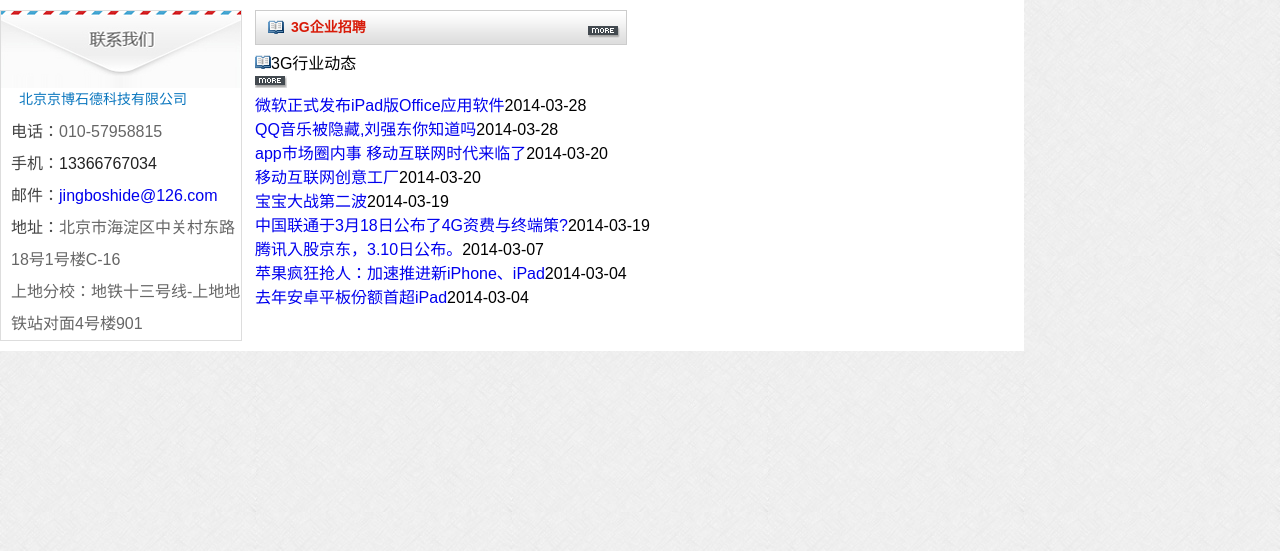
Repository: wzhcxw/shop
Page: ShopOnline/WebContent/about.html
An editor plug-in stored every save of this project. The page is shown before and after the next save, followed by the edit.
The browser window is 1280 px wide. The pictures show the whole page.

Above is the page before, as saved 2014-10-03 04:08:54.

### ShopOnline/WebContent/about.html
<!DOCTYPE HTML>
<html>
<head>
<title>公司简介</title>
<meta http-equiv="Content-Type" content="text/html; charset=utf-8" />
<meta name="viewport"
	content="width=device-width, initial-scale=1, maximum-scale=1">
<link href="./css/style.css" rel="stylesheet" type="text/css"
	media="all" />
<link href="./css/slider.css" rel="stylesheet" type="text/css"
	media="all" />
<link href="./css/menu.css" rel="stylesheet" type="text/css" media="all" />
<script type="text/javascript" src="./js/jquery-1.7.2.min.js"></script>
<script type="text/javascript" src="./js/script.js"></script>
<script type="text/javascript" src="./js/nav.js"></script>
<script type="text/javascript" src="./js/move-top.js"></script>
<script type="text/javascript" src="./js/easing.js"></script>
<script type="text/javascript" src="./js/nav-hover.js"></script>
</head>
<body>

	<div class="main" >
		<div class="content">
		  <div class = "section group">
				<div class="left_frame">
	    			 <div class="a_4"> <img src="./static/images/lxwm.jpg" width= "240px" height="77" />
					     <span style="font-size: 14px;">北京京博石德科技有限公司</span>
							<p>
							<font color="#444444">电话：</font>010-57958815<br />
							<font color="#444444">手机：</font><font color="#222222">13366767034</font><br />
							<font color="#444444">邮件：</font><a href="mailto:jingboshide@126.com">jingboshide@126.com</a><br />
							<font color="#444444">地址：</font>北京市海淀区中关村东路18号1号楼C-16<br />
							上地分校：地铁十三号线-上地地铁站对面4号楼901</p>
				      </div>
				</div>



				<div class="right_frame">
									     <div class="b1" >
				        <dl class="b11">
				          <dt><img src="/static/images/s1.jpg" width="16" height="14" />3G企业招聘</dt>
				          <dd><a href="/?c=news&catid=26"><img src="./static/images/more.jpg" width="32" height="12" /></a></dd>
				        </dl>

				      </div>
				      <div class="b9" style=" display:inline;">
				        <dl class="b99">
				          <dt><img src="/static/images/s1.jpg" width="16" height="14" />3G行业动态</dt>
				          <dd><a href="/?c=news&catid=21"><img src="./static/images/more.jpg" width="32" height="12" /></a></dd>
				        </dl>
				        <ul>
				        	          <li><a href="/?c=news&m=view&id=203">微软正式发布iPad版Office应用软件</a><span>2014-03-28</span></li>
				                    <li><a href="/?c=news&m=view&id=202">QQ音乐被隐藏,刘强东你知道吗</a><span>2014-03-28</span></li>
				                    <li><a href="/?c=news&m=view&id=199">app市场圈内事 移动互联网时代来临了</a><span>2014-03-20</span></li>
				                    <li><a href="/?c=news&m=view&id=198">移动互联网创意工厂</a><span>2014-03-20</span></li>
				                    <li><a href="/?c=news&m=view&id=197">宝宝大战第二波</a><span>2014-03-19</span></li>
				                    <li><a href="/?c=news&m=view&id=196">中国联通于3月18日公布了4G资费与终端策?</a><span>2014-03-19</span></li>
				                    <li><a href="/?c=news&m=view&id=195">腾讯入股京东，3.10日公布。</a><span>2014-03-07</span></li>
				                    <li><a href="/?c=news&m=view&id=194">苹果疯狂抢人：加速推进新iPhone、iPad</a><span>2014-03-04</span></li>
				                    <li><a href="/?c=news&m=view&id=193">去年安卓平板份额首超iPad</a><span>2014-03-04</span></li>
				                  </ul>
				      </div>



				</div>




			</div>
		</div>
	</div>

</body>
</html>

### ShopOnline/WebContent/css/slider.css
*{
	margin:0;
	padding:0;
}
#slideshow{
	height:355px;
	position:relative;
	width:100%;
	z-index:1;
}
#slideshow ul{
	height:342px;
	left:0px;
	list-style:none outside none;
	overflow:hidden;
	position:absolute;
	top:10px;
	width:100%;
}
#slideshow li{
	position:absolute;
	display:none;
	z-index:10;
}
#slideshow li:first-child{
	display:block;
	z-index:1000;
}
#slideshow .slideActive{
	z-index:1000;
}
#slideshow canvas{
	display:none;
	position:absolute;
	z-index:100;
}
#slideshow .arrow{
	height:50px;
	width:33px;
	position:absolute;
	background:url(../images/arrows.png) no-repeat;
	top:50%;
	margin-top:-10px;
	cursor:pointer;
	z-index:5000;
}
#slideshow .previous{ background-position:left top;left:0px;}
#slideshow .previous:hover{ background-position:left bottom;}

#slideshow .next{ background-position:right top;right:0px;}
#slideshow .next:hover{ background-position:right bottom;}

### ShopOnline/WebContent/css/menu.css
/* dCodes Framework:(c) TemplateAccess */
ul.dc_mm-orange, ul.dc_mm-orange li {
	border: none;
	list-style: none;
}

ul.dc_mm-orange {
	background: #414045;
	background: -moz-linear-gradient(top, #414045 55%, #2f2e33 100%);
	background: -webkit-gradient(linear, left top, left bottom, color-stop(55%, #414045),
		color-stop(100%, #2f2e33));
	background: -webkit-linear-gradient(top, #414045 55%, #2f2e33 100%);
	background: -o-linear-gradient(top, #414045 55%, #2f2e33 100%);
	background: -ms-linear-gradient(top, #414045 55%, #2f2e33 100%);
	background: linear-gradient(to bottom, #414045 55%, #2f2e33 100%);
	filter: progid:DXImageTransform.Microsoft.gradient( startColorstr='#414045',
		endColorstr='#2f2e33', GradientType=0);
	font: normal 13px Arial, sans-serif;
	padding: 0;
	position: relative;
	width: 1024px;
}

ul.dc_mm-orange li ul {
	display: none;
}

ul.dc_mm-orange .sub {
	display: none;
}

ul.dc_mm-orange .sub ul {
	display: block;
}

ul.dc_mm-orange li {
	float: left;
	margin: 0;
	padding: 0;
}

ul.dc_mm-orange li a {
	color: #fff;
	display: block;
	float: left;
	font-size: 15px;
	padding: 20px 32px;
	text-decoration: none;
	text-shadow: 1px 1px 1px #000;
	text-transform: uppercase;
	font-family: 'Doppio One', sans-serif;
	border-left: 2px groove #636363;
}

ul.dc_mm-orange li a.dc-mega {
	position: relative;
}

ul.dc_mm-orange li a .dc-mega-icon {
	background: url(../images/down-arrow.png) no-repeat 0 0;
	display: block;
	height: 6px;
	position: absolute;
	right: 15px;
	top: 25px;
	width: 8px;
}

ul.dc_mm-orange li.mega-hover a, ul.dc_mm-orange li a:hover {
	color: #FFF;
	filter: progid:DXImageTransform.Microsoft.gradient(startColorstr='#70389c',
		endColorstr='#602d8d');
	background: -webkit-gradient(linear, left top, left bottom, from(#70389C),
		to(#602D8D));
	background: -moz-linear-gradient(top, #70389C, #602D8D);
	background: -o-linear-gradient(top, #70389C, #602D8D);
	background: -ms-linear-gradient(top, #70389C, #602D8D);
}

ul.dc_mm-orange li .sub-container {
	background: #F0F0F0;
	margin-left: -3px;
	padding-left: 20px;
	position: absolute;
	margin-top: 10px;
	box-shadow: 0px 0px 3px rgb(150, 150, 150);
}

ul.dc_mm-orange li .sub {
	padding: 20px 20px 20px 10px;
}

ul.dc_mm-orange li .sub-container.mega .sub {
	padding: 5px 20px 10px 0;
}

ul.dc_mm-orange li .sub .row {
	clear: both;
	overflow: hidden;
	width: 100%;
}

ul.dc_mm-orange li .sub li {
	float: none;
	font-size: 1em;
	font-weight: normal;
	list-style: none;
	width: 170px;
}

ul.dc_mm-orange li .sub li.mega-hdr {
	float: left;
	margin: 0 10px 10px 0;
}

ul.dc_mm-orange li .sub li.mega-hdr.last {
	margin-right: 0;
}

ul.dc_mm-orange li .sub a {
	background: none;
	border: none;
	color: #111;
	display: block;
	float: none;
	font-size: 0.9em;
	padding: 7px 10px;
	text-decoration: none;
	text-shadow: none;
}

ul.dc_mm-orange li .sub li.mega-hdr a.mega-hdr-a {
	filter: progid:DXImageTransform.Microsoft.gradient(startColorstr='#70389c',
		endColorstr='#602d8d');
	background: -webkit-gradient(linear, left top, left bottom, from(#70389C),
		to(#602D8D));
	background: -moz-linear-gradient(top, #70389C, #602D8D);
	background: -o-linear-gradient(top, #70389C, #602D8D);
	background: -ms-linear-gradient(top, #70389C, #602D8D);
	color: #fff;
	font-weight: bold;
	margin-bottom: 5px;
	padding: 5px 5px 5px 15px;
	font-family: Arial, Helvetica, sans-serif;
	text-transform: uppercase;
}

ul.dc_mm-orange li .sub li.mega-hdr a.mega-hdr-a:hover {
	color: #FFF;
}

ul.dc_mm-orange .sub li.mega-hdr li a {
	background: url(../images/drop_arrow.png) no-repeat 5px 8px;
	font-weight: normal;
	padding: 4px 5px 4px 20px;
}

ul.dc_mm-orange .sub li.mega-hdr li a:hover {
	background: #CCC9C9 url(../images/drop_arrow-hover.png) no-repeat 5px
		8px;
	color: #602D8D;
	text-decoration: none;
}

ul.dc_mm-orange .sub ul li {
	padding-right: 0;
}

ul.dc_mm-orange li .sub-container.non-mega .sub {
	padding: 5px 20px 20px 0;
}

ul.dc_mm-orange li .sub-container.non-mega li {
	margin: 0;
	padding: 0;
	width: 190px;
}

ul.dc_mm-orange li .sub-container.non-mega li a {
	background: url(../images/drop_arrow.png) no-repeat 7px 10px;
	padding: 7px 5px 7px 22px;
}

ul.dc_mm-orange li .sub-container.non-mega li a:hover {
	background: #CCC9C9 url(../images/drop_arrow-hover.png) no-repeat 7px
		10px;
	color: #602D8D;
}

Loaded but not shown: ShopOnline/WebContent/js/jquery-1.7.2.min.js (library); ShopOnline/WebContent/js/nav.js (library); ShopOnline/WebContent/js/easing.js (140 lines, source omitted); ShopOnline/WebContent/js/script.js (177 lines, source omitted); ShopOnline/WebContent/js/move-top.js (5 lines, source omitted); ShopOnline/WebContent/js/nav-hover.js (2 lines, source omitted); ShopOnline/WebContent/css/style.css (2066 lines, source omitted)

After the next save:
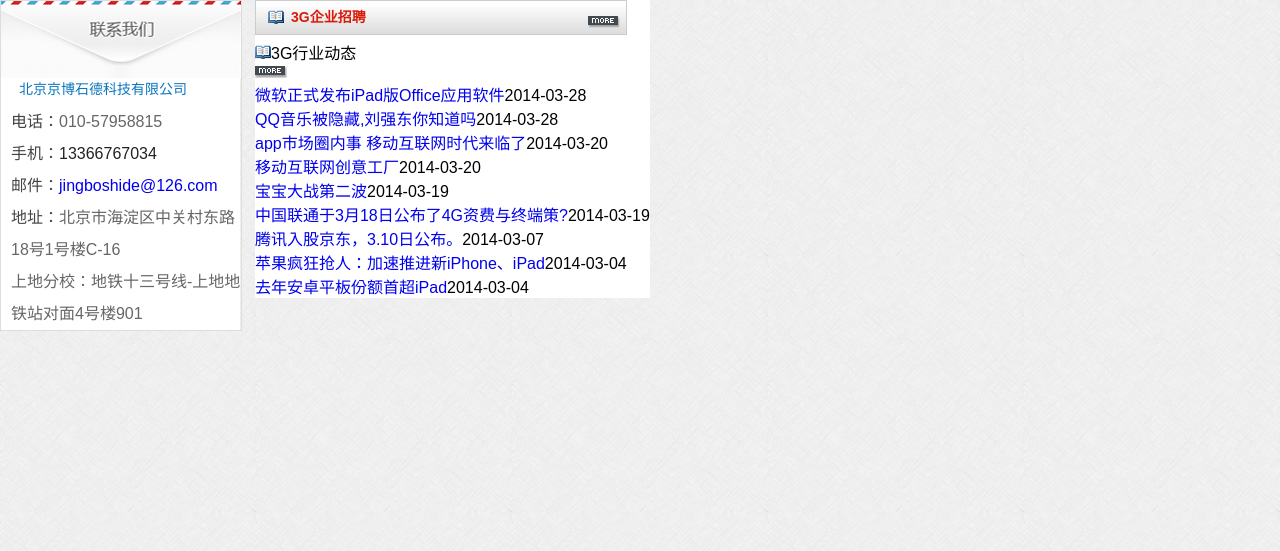
Saved 2 min 33 s later.
--- a/ShopOnline/WebContent/about.html
+++ b/ShopOnline/WebContent/about.html
@@ -20,8 +20,6 @@
 <body>
 
 	<div class="main" >
-		<div class="content">
-		  <div class = "section group">
 				<div class="left_frame">
 	    			 <div class="a_4"> <img src="./static/images/lxwm.jpg" width= "240px" height="77" />
 					     <span style="font-size: 14px;">北京京博石德科技有限公司</span>
@@ -66,11 +64,6 @@
 
 				</div>
 
-
-
-
-			</div>
-		</div>
 	</div>
 
 </body>

After the save that followed:
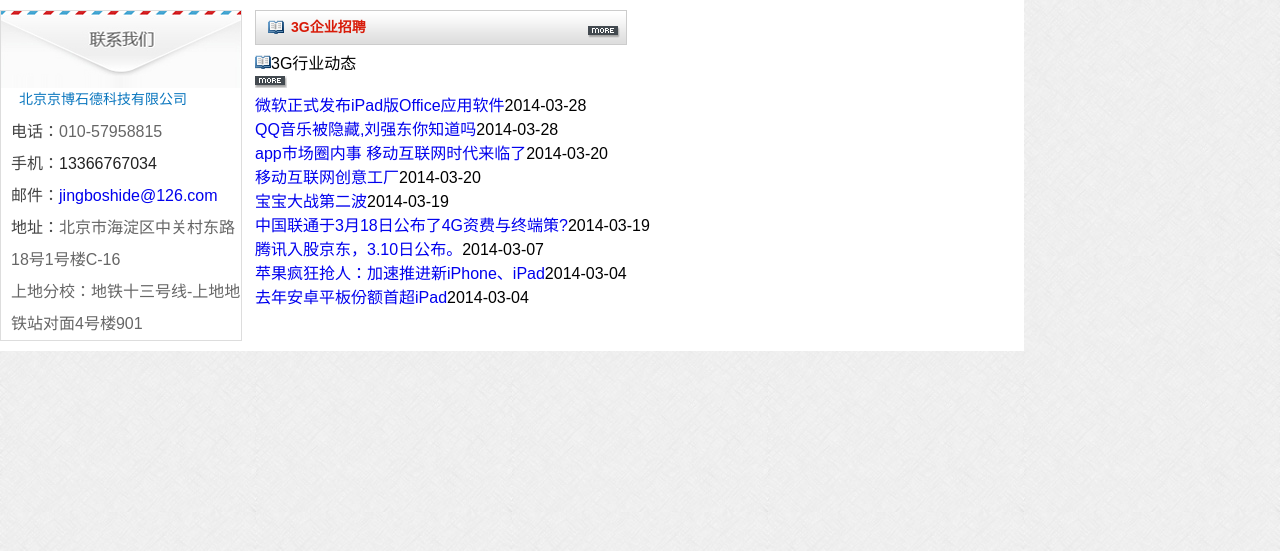
Saved 84 s later.
--- a/ShopOnline/WebContent/about.html
+++ b/ShopOnline/WebContent/about.html
@@ -20,6 +20,8 @@
 <body>
 
 	<div class="main" >
+		<div class="content">
+		  <div class = "section group">
 				<div class="left_frame">
 	    			 <div class="a_4"> <img src="./static/images/lxwm.jpg" width= "240px" height="77" />
 					     <span style="font-size: 14px;">北京京博石德科技有限公司</span>
@@ -64,6 +66,11 @@
 
 				</div>
 
+
+
+
+			</div>
+		</div>
 	</div>
 
 </body>
